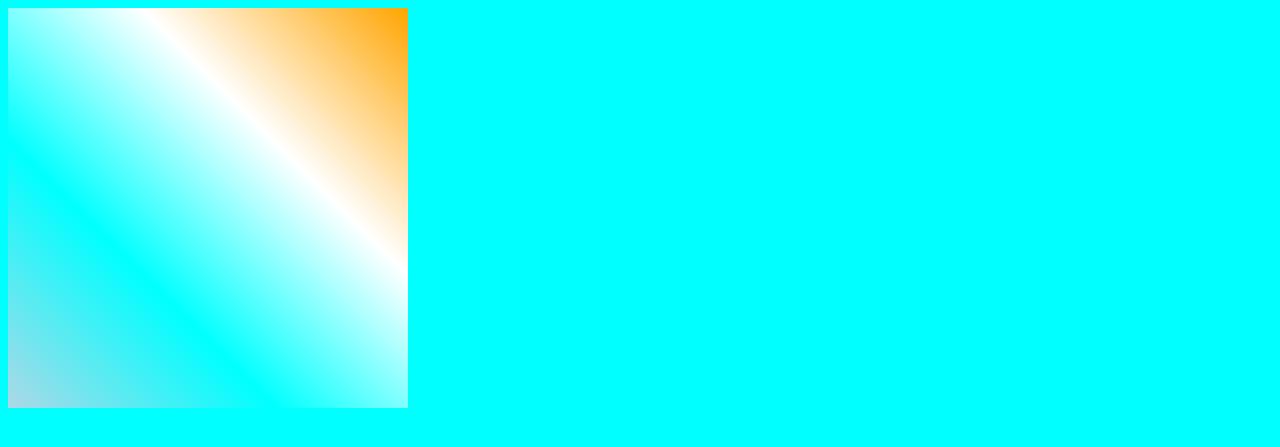
Repository: Amani-Kibet/express-app-web
Page: public/Card.html
These files come from the project's save history. The page is drawn as it stood at one moment and after the next save; the edit follows.
The browser window is 1280 px wide. The pictures show the whole page.

Above is the page before, as saved 2025-09-25 21:04:26.

After the next save:
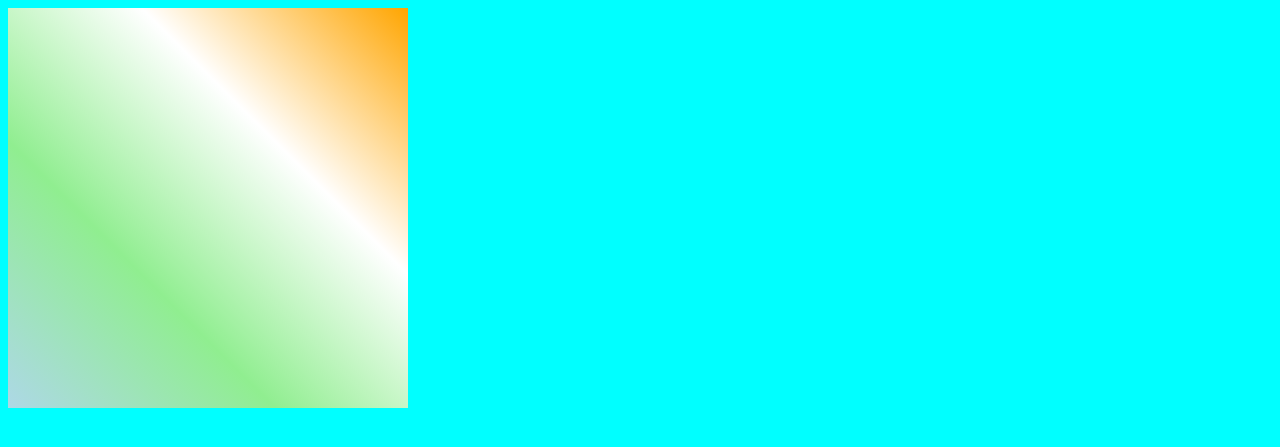
Saved 20 s later.
--- a/public/Card.html
+++ b/public/Card.html
@@ -3,7 +3,7 @@
   <title> Login Page</title>
   <style>
   #board{
-    background: linear-gradient(45deg, lightblue, cyan, white, orange);
+    background: linear-gradient(45deg, lightblue, lightgreen, white, orange);
     width: 25rem;
     height: 25rem;
 
